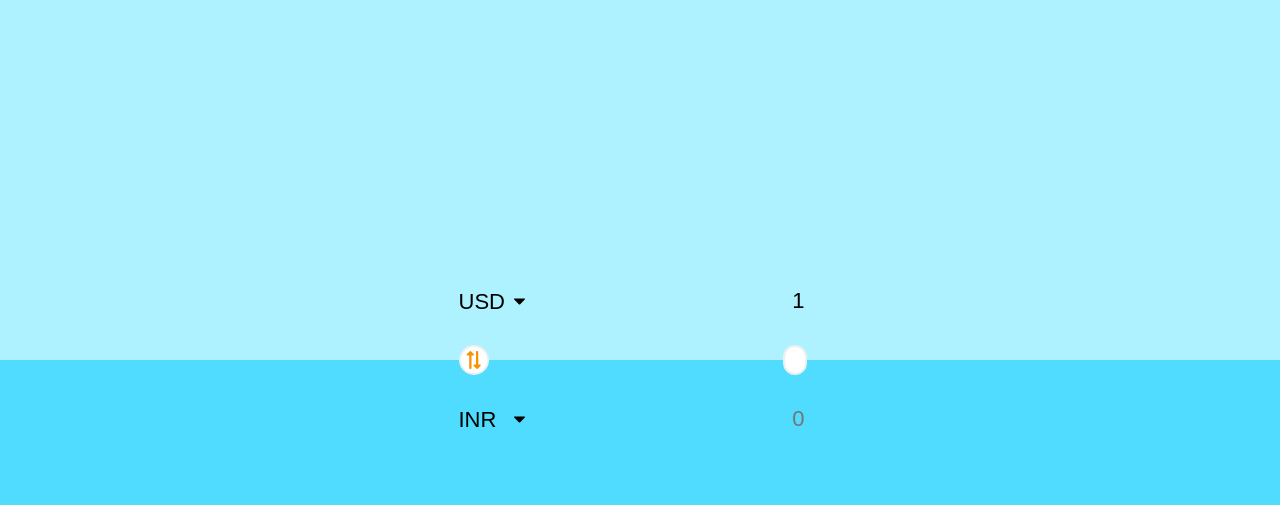
Repository: Sp4ngl3r/Currency-Converter
Page: currency.html
These files come from the project's save history. The page is drawn as it stood at one moment and after the next save; the edit follows.
The browser window is 1280 px wide. The pictures show the whole page.
Some web fonts or font styles are not loaded; a fallback is used. Some web libraries are served in a nearby version.

Above is the page before, as saved 2020-04-18 18:09:18.
Console error: TypeError: Cannot read properties of null (reading 'addEventListener')

### currency.html
<html lang="en">
  <head>
    <meta charset="UTF-8" />
    <title>USD to INR</title>
    <link
      rel="stylesheet"
      href="https://cdnjs.cloudflare.com/ajax/libs/font-awesome/5.10.2/css/all.min.css"
    />
    <link rel="stylesheet" href="currency.css" />
  </head>
  <body>
    <div class="container">
      <div class="currency">
        <select id="from_currency">
          <option value="AED">AED</option>
          <option value="ARS">ARS</option>
          <option value="AUD">AUD</option>
          <option value="BGN">BGN</option>
          <option value="BRL">BRL</option>
          <option value="BSD">BSD</option>
          <option value="CAD">CAD</option>
          <option value="CHF">CHF</option>
          <option value="CLP">CLP</option>
          <option value="CNY">CNY</option>
          <option value="COP">COP</option>
          <option value="CZK">CZK</option>
          <option value="DKK">DKK</option>
          <option value="DOP">DOP</option>
          <option value="EGP">EGP</option>
          <option value="EUR">EUR</option>
          <option value="FJD">FJD</option>
          <option value="GBP">GBP</option>
          <option value="GTQ">GTQ</option>
          <option value="HKD">HKD</option>
          <option value="HRK">HRK</option>
          <option value="HUF">HUF</option>
          <option value="IDR">IDR</option>
          <option value="ILS">ILS</option>
          <option value="INR">INR</option>
          <option value="ISK">ISK</option>
          <option value="JPY">JPY</option>
          <option value="KRW">KRW</option>
          <option value="KZT">KZT</option>
          <option value="MXN">MXN</option>
          <option value="MYR">MYR</option>
          <option value="NOK">NOK</option>
          <option value="NZD">NZD</option>
          <option value="PAB">PAB</option>
          <option value="PEN">PEN</option>
          <option value="PHP">PHP</option>
          <option value="PKR">PKR</option>
          <option value="PLN">PLN</option>
          <option value="PYG">PYG</option>
          <option value="RON">RON</option>
          <option value="RUB">RUB</option>
          <option value="SAR">SAR</option>
          <option value="SEK">SEK</option>
          <option value="SGD">SGD</option>
          <option value="THB">THB</option>
          <option value="TRY">TRY</option>
          <option value="TWD">TWD</option>
          <option value="UAH">UAH</option>
          <option value="USD" selected>USD</option>
          <option value="UYU">UYU</option>
          <option value="VND">VND</option>
          <option value="ZAR">ZAR</option>
        </select>
        <input type="number" id="from_ammount" placeholder="0" value="1" />
      </div>
      <div class="middle">
        <button id="exchange">
          <i class="fas fa-exchange-alt"></i>
        </button>
        <div class="rate" id="rate"></div>
      </div>
      <div class="currency">
        <select id="to_currency"
          ><option value="AED">AED</option>
          <option value="ARS">ARS</option>
          <option value="AUD">AUD</option>
          <option value="BGN">BGN</option>
          <option value="BRL">BRL</option>
          <option value="BSD">BSD</option>
          <option value="CAD">CAD</option>
          <option value="CHF">CHF</option>
          <option value="CLP">CLP</option>
          <option value="CNY">CNY</option>
          <option value="COP">COP</option>
          <option value="CZK">CZK</option>
          <option value="DKK">DKK</option>
          <option value="DOP">DOP</option>
          <option value="EGP">EGP</option>
          <option value="EUR">EUR</option>
          <option value="FJD">FJD</option>
          <option value="GBP">GBP</option>
          <option value="GTQ">GTQ</option>
          <option value="HKD">HKD</option>
          <option value="HRK">HRK</option>
          <option value="HUF">HUF</option>
          <option value="IDR">IDR</option>
          <option value="ILS">ILS</option>
          <option value="INR" selected>INR</option>
          <option value="ISK">ISK</option>
          <option value="JPY">JPY</option>
          <option value="KRW">KRW</option>
          <option value="KZT">KZT</option>
          <option value="MXN">MXN</option>
          <option value="MYR">MYR</option>
          <option value="NOK">NOK</option>
          <option value="NZD">NZD</option>
          <option value="PAB">PAB</option>
          <option value="PEN">PEN</option>
          <option value="PHP">PHP</option>
          <option value="PKR">PKR</option>
          <option value="PLN">PLN</option>
          <option value="PYG">PYG</option>
          <option value="RON">RON</option>
          <option value="RUB">RUB</option>
          <option value="SAR">SAR</option>
          <option value="SEK">SEK</option>
          <option value="SGD">SGD</option>
          <option value="THB">THB</option>
          <option value="TRY">TRY</option>
          <option value="TWD">TWD</option>
          <option value="UAH">UAH</option>
          <option value="USD">USD</option>
          <option value="UYU">UYU</option>
          <option value="VND">VND</option>
          <option value="ZAR">ZAR</option>
        </select>
        <input type="number" id="to_amount" placeholder="0" />
      </div>
    </div>
    <script src="currency.js"></script>
  </body>
</html>

### currency.css
@import url("https://fonts.googleapis.com/css?family=Muli&display=swap");
* {
  box-sizing: border-box;
}
body {
  background: linear-gradient(
    to bottom,
    #aff2ff 0%,
    #aff2ff 50%,
    #50dcff 50%,
    #50dcff 100%
  );
  font-family: "Muli", sans-serif;
  display: flex;
  flex-direction: column;
  justify-content: center;
  align-items: center;
  height: 100vh;
  margin: 0;
}
.currency {
  display: flex;
  align-items: center;
  justify-content: space-between;
}
.currency select {
  background: transparent;
  background-image: url("data:[embedded picture, 475 characters]");
  background-repeat: no-repeat, repeat;
  background-position: right 0.2em top 50%, 0 0;
  background-size: 0.5em auto, 100%;
  border: 0;
  padding-right: 20px;
  font-size: 22px;
  -moz-appearance: none;
  -webkit-appearance: none;
  appearance: none;
}
.currency input {
  border: 0;
  background: transparent;
  font-size: 22px;
  text-align: right;
}
.middle {
  color: #f59300;
  display: flex;
  align-items: center;
  justify-content: space-between;
}
.middle button {
  background-color: #fff;
  border: 2px solid #ecf0f1;
  border-radius: 50%;
  cursor: pointer;
  color: #f59300;
  font-size: 18px;
  display: flex;
  align-items: center;
  justify-content: center;
  height: 30px;
  width: 30px;
  transform: rotate(90deg);
}
.middle button:active {
  transform: rotate(90deg) scale(0.9);
}
.middle .rate {
  background-color: #fff;
  border: 2px solid #ecf0f1;
  border-radius: 50px;
  font-size: 18px;
  display: flex;
  align-items: center;
  justify-content: center;
  height: 30px;
  padding: 0 10px;
  margin: 30px 15px 30px 25px;
}
select:focus,
input:focus,
button:focus {
  outline: 0;
}

### currency.js
const from_currencyEl = document.getElementById("from_currency");
const from_ammountEl = document.getElementById("from_ammount");
const to_currencyEl = document.getElementById("to_currency");
const to_ammountEl = document.getElementById("to_ammount");
const rateEl = document.getElementById("rate");
const exchange = document.getElementById("exchange");

from_currencyEl.addEventListener("change", calculate);
from_ammountEl.addEventListener("input", calculate);
to_currencyEl.addEventListener("change", calculate);
to_ammountEl.addEventListener("input", calculate);

exchange.addEventListener("click", () => {
  const temp = from_currencyEl.value;
  from_currencyEl.value = to_currencyEl.value;
  to_currencyEl.value = temp;
  calculate();
});

function calculate() {
  const from_currency = from_currencyEl.value;
  const to_currency = to_currencyEl.value;

  fetch(`https://api.exchangerate-api.com/v4/latest/${from_currency}`)
    .then((res) => res.json())
    .then((res) => {
      const rate = res.rates[to_currency];
      rateEl.innerText = `1 ${from_currency} = ${rate} ${to_currency}`;
      to_ammountEl.value = (from_ammountEl.value * rate).toFixed(2);
    });
}

calculate();

After the next save:
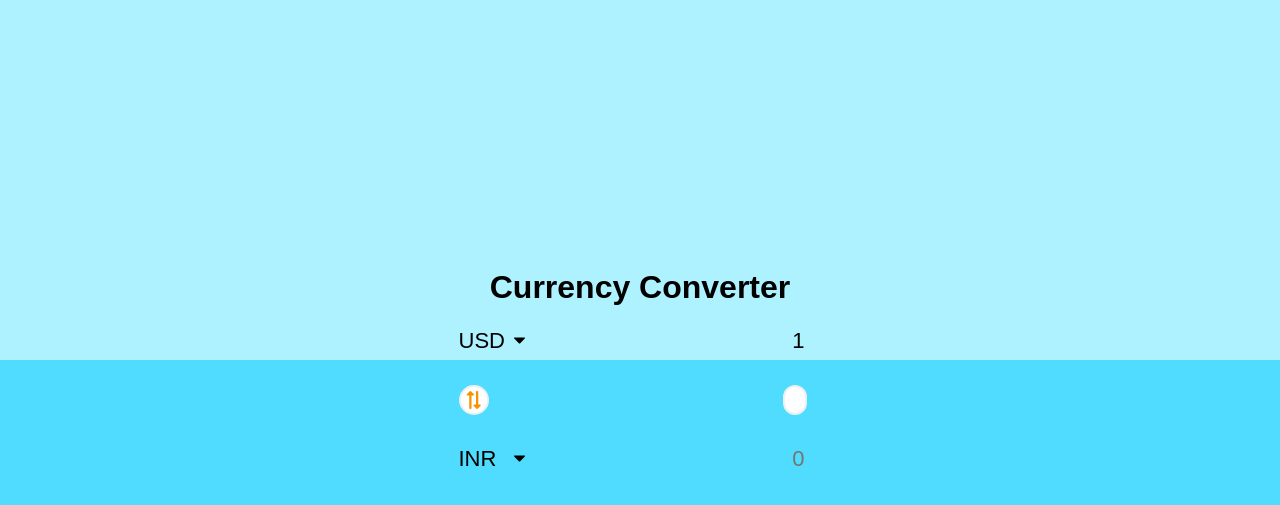
Saved 2 min 53 s later.
--- a/currency.html
+++ b/currency.html
@@ -9,6 +9,7 @@
     <link rel="stylesheet" href="currency.css" />
   </head>
   <body>
+    <h1 align="center">Currency Converter</h1>
     <div class="container">
       <div class="currency">
         <select id="from_currency">

After the 2 saves that followed:
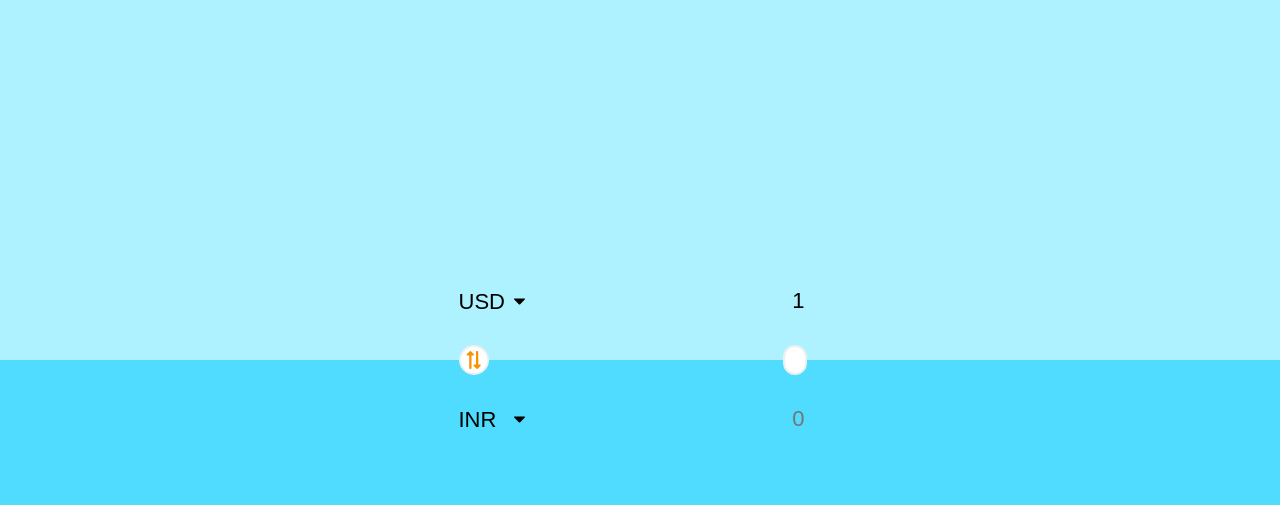
The 2 saves are shown as one change because 1 left the picture as it was.
The last was saved 58 s later.
--- a/currency.html
+++ b/currency.html
@@ -8,8 +8,8 @@
     />
     <link rel="stylesheet" href="currency.css" />
   </head>
+  <!-- <h1 align="center">Currency Converter</h1> -->
   <body>
-    <h1 align="center">Currency Converter</h1>
     <div class="container">
       <div class="currency">
         <select id="from_currency">
